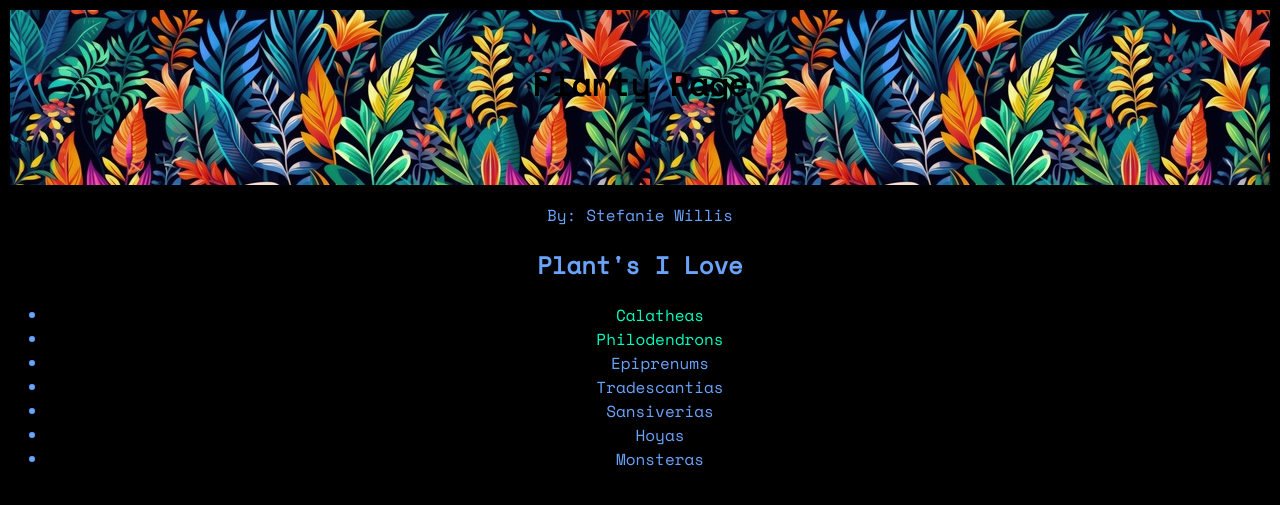
Repository: swillis91/odin-recipies
Page: Planty Page/index.html
The author's editor kept a copy of each file at every save. The page is drawn from the files as they stood at one save, then again after the next save.
The browser window is 1280 px wide. The pictures show the whole page.

Above is the page before, as saved 2023-08-11 23:35:24.

After the next save:
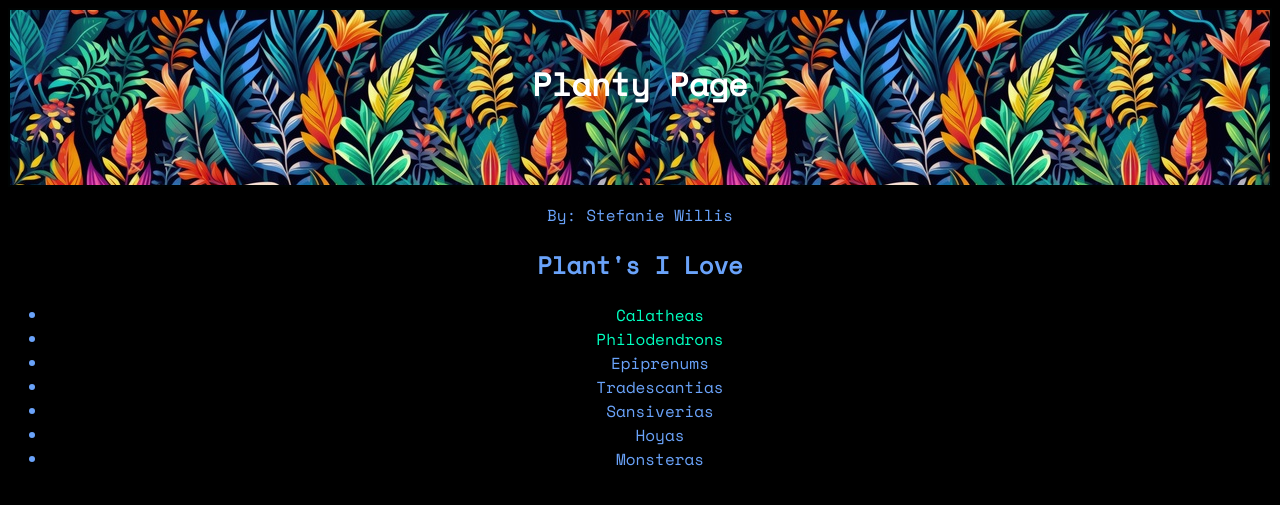
Saved 24 s later.
--- a/Planty Page/style.css
+++ b/Planty Page/style.css
@@ -7,8 +7,8 @@ body{
 }
 
 .heading{
-    color: rgb(255, 255, 255);
-    -webkit-text-fill-color: rgb(0, 0, 0);
+    color: rgb(0, 0, 0);
+    -webkit-text-fill-color: rgb(255, 255, 255);
     -webkit-text-stroke-width: ;
     -webkit-text-strole-color: rgb(255, 255, 255);
     text-transform: capitalize;
